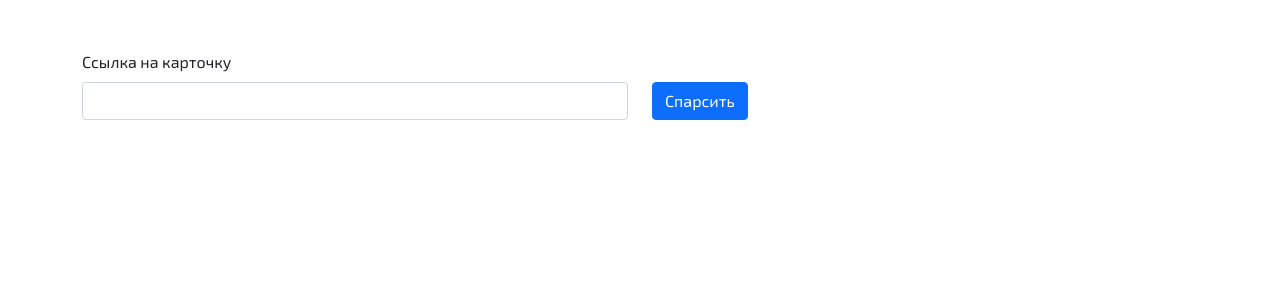
Repository: yozuul/wildberries-product-card-parser-api-exchange
Page: public/index.html
These files come from the project's save history. The page is drawn as it stood at one moment and after the next save; the edit follows.
The browser window is 1280 px wide. The pictures show the whole page.

Above is the page before, as saved 2021-08-18 19:39:48.

After the next save:
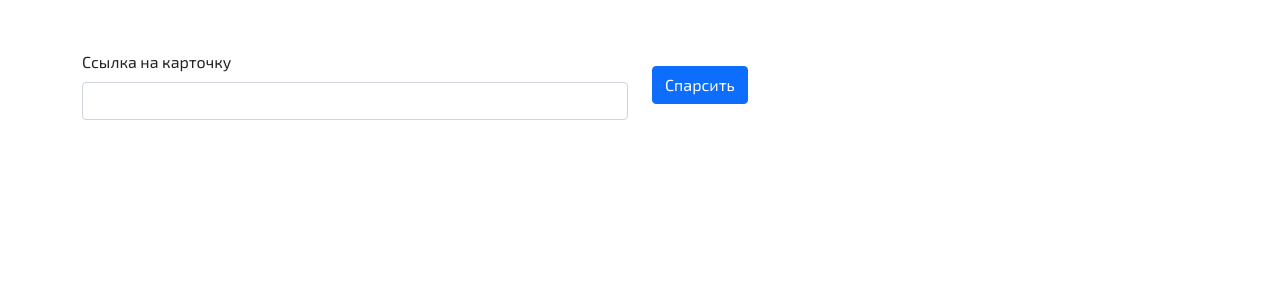
Saved 25 s later.
--- a/public/index.html
+++ b/public/index.html
@@ -14,7 +14,7 @@
 <body>
    <div class="container">
       <form class="row parser_form_wrapper align-items-end">
-            <div class="mb-3 col-6">
+            <div class="mb-10 col-6">
                <label for="cardProductURL" class="form-label">Ссылка на карточку</label>
                <input type="text" class="form-control" id="cardProductURL">
             </div>

After the save that followed:
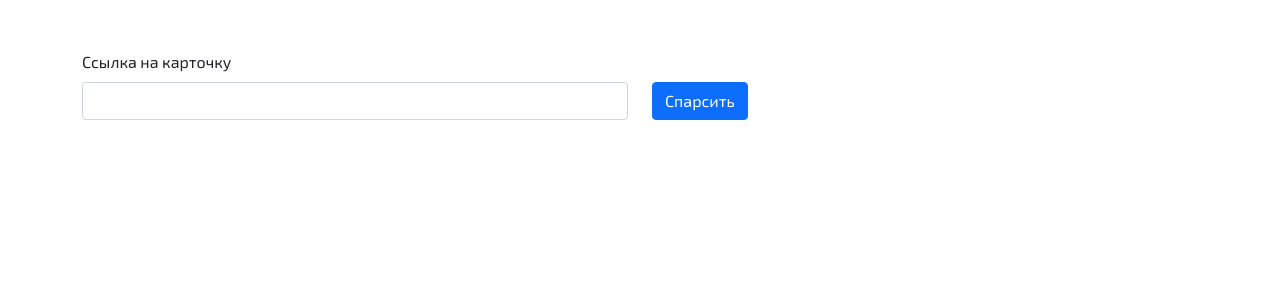
Saved 4 s later.
--- a/public/index.html
+++ b/public/index.html
@@ -18,7 +18,7 @@
                <label for="cardProductURL" class="form-label">Ссылка на карточку</label>
                <input type="text" class="form-control" id="cardProductURL">
             </div>
-            <div class="mb-3 col-2">
+            <div class="mb-10 col-2">
                <button type="submit" class="btn btn-primary">Спарсить</button>
             </div>
 
